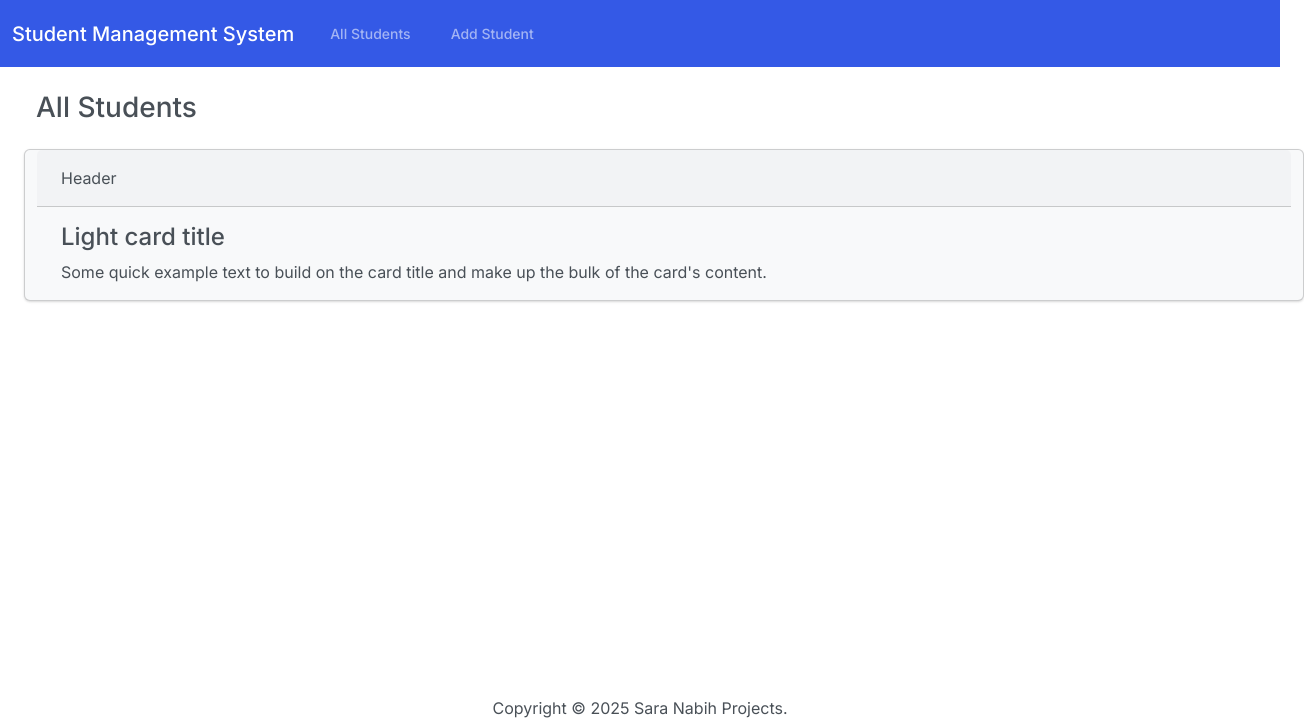
Repository: saraanbih/Student-Management-System
Page: http://localhost/
The author's editor kept a copy of each file at every save. The page is drawn from the files as they stood at one save, then again after a run of saves.
The browser window is 1280 px wide. The page is 1304 px wide, so the pictures cover 1304 px, including what lies to the right of the window. The pictures show the whole page.
Some web libraries are served in a nearby version. The page is served by the project's application, run on Django 5.2 (manage.py).

Above is the page before, as saved 2025-09-11 15:40:13.

After the next 2 saves:
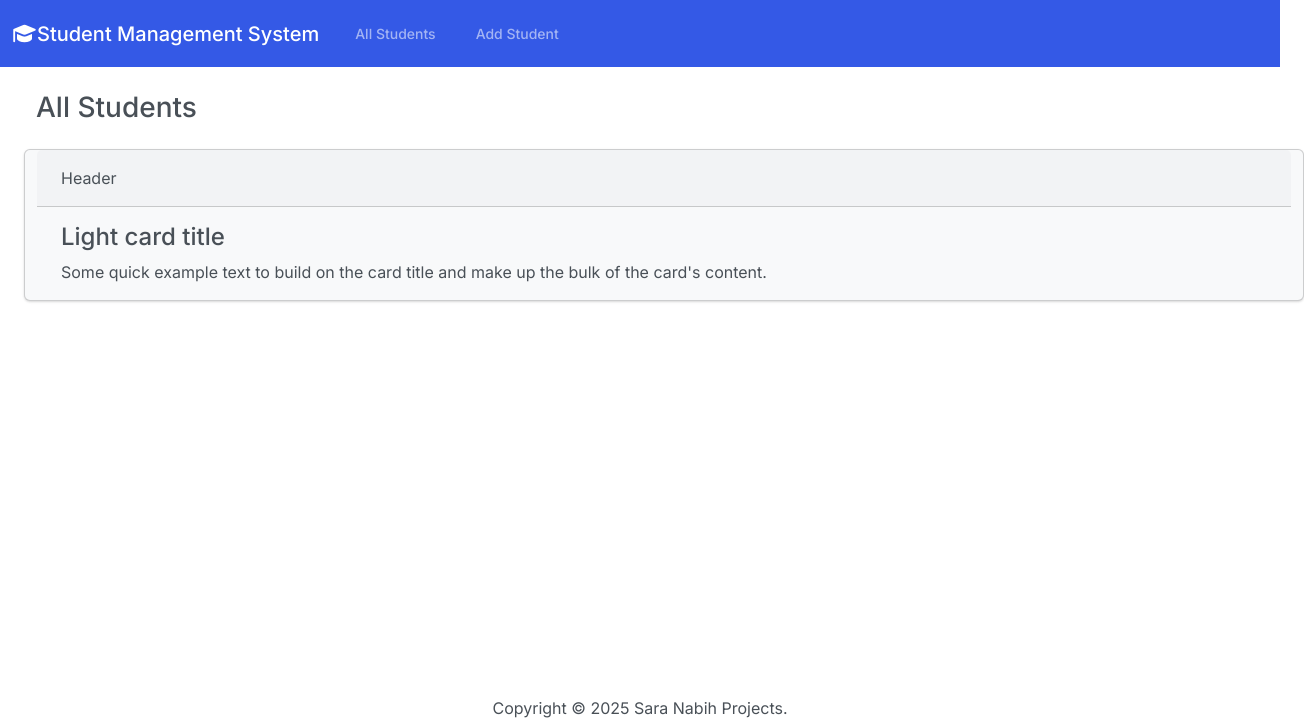
The 2 saves are shown as one change because they came seconds apart.
The last was saved 3 min 50 s later.
--- a/students/templates/students/index.html
+++ b/students/templates/students/index.html
@@ -11,7 +11,8 @@
   <body class="d-flex flex-column min-vh-100">
     <nav class="navbar navbar-expand-lg bg-primary" data-bs-theme="dark">
       <div class="container-fluid">
-        <a class="navbar-brand" href="#">Student Management System</a>
+        <a class="navbar-brand" href="#">
+          <i class="fa-solid fa-graduation-cap"></i>Student Management System</a>
         <button
           class="navbar-toggler"
           type="button"
